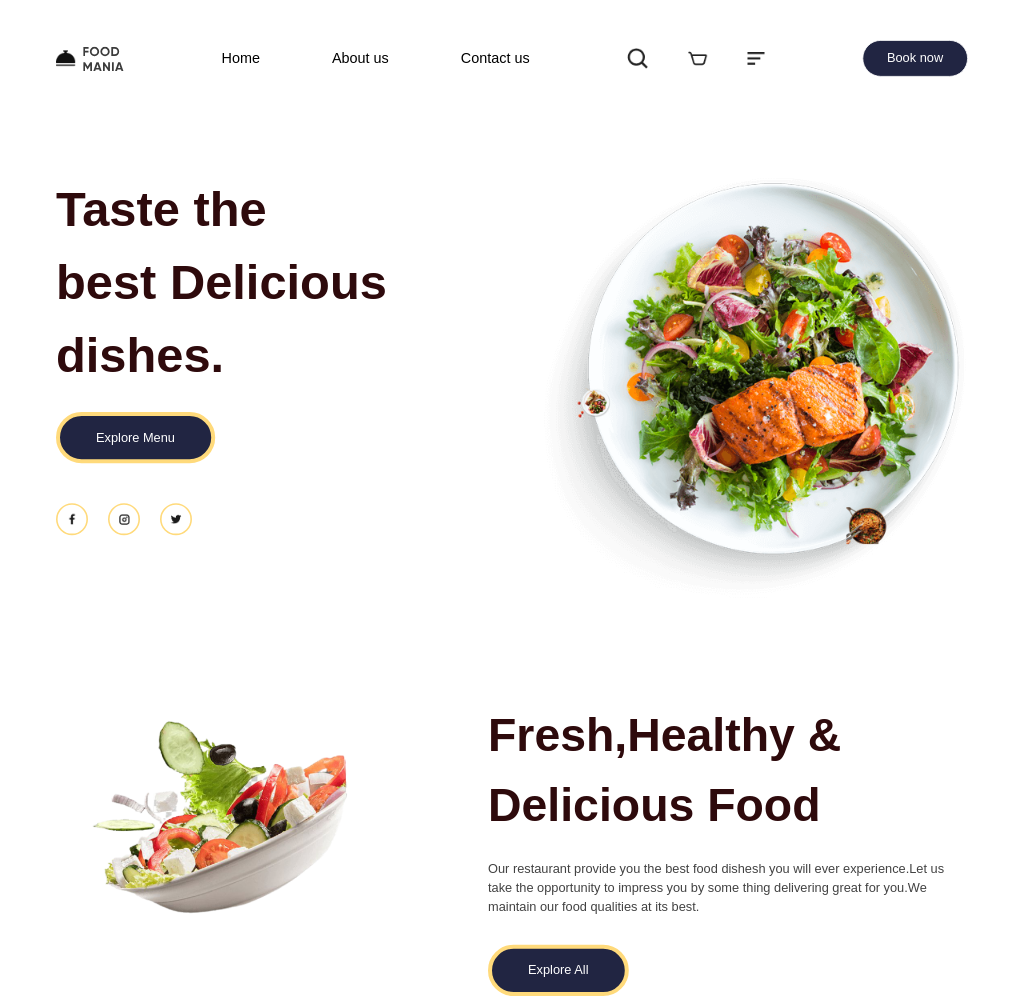
Repository: hoang0508/Figmafood
Page: index.html
The author's editor kept a copy of each file at every save. The page is drawn from the files as they stood at one save, then again after the next save.
The browser window is 1280 px wide. The pictures show the whole page, at 80% of full size.
The style sheet was rebuilt from its Sass, Less or Tailwind sources for each picture, by a compiler version that may differ from the author's.

Above is the page before, as saved 2021-11-08 10:12:39.

### index.html
<!DOCTYPE html>
<html lang="en">
  <head>
    <meta charset="UTF-8" />
    <meta http-equiv="X-UA-Compatible" content="IE=edge" />
    <meta name="viewport" content="width=device-width, initial-scale=1.0" />
    <title>LandingPage Food</title>
    <link
      rel="stylesheet"
      href="https://cdnjs.cloudflare.com/ajax/libs/font-awesome/4.7.0/css/font-awesome.min.css"
      integrity="sha512-SfTiTlX6kk+qitfevl/7LibUOeJWlt9rbyDn92a1DqWOw9vWG2MFoays0sgObmWazO5BQPiFucnnEAjpAB+/Sw=="
      crossorigin="anonymous"
      referrerpolicy="no-referrer"
    />
    <link rel="preconnect" href="https://fonts.googleapis.com" />
    <link rel="preconnect" href="https://fonts.gstatic.com" crossorigin />
    <link
      href="https://fonts.googleapis.com/css2?family=Poppins:wght@300;400;500;600;700&display=swap"
      rel="stylesheet"
    />
    <link rel="stylesheet" href="./css/app.css" />
  </head>
  <body>
    <div class="wrapper">
      <header class="header">
        <div class="container">
          <div class="header-container d-flex--between">
            <div class="header-logo d-flex--center">
              <img src="./images/logo.png" alt="" />
              <img src="./images/FOOD MANIA.svg" alt="" />
            </div>
            <ul class="header-list d-flex--center">
              <li class="header-item">
                <a href="#" class="header-link">Home</a>
              </li>
              <li class="header-item">
                <a href="#" class="header-link">About us</a>
              </li>
              <li class="header-item">
                <a href="#" class="header-link">Contact us</a>
              </li>
            </ul>
            <div class="header-icon d-flex--center">
              <a href="#" class="icon-link">
                <img src="./images/icon-search.png" alt="" />
              </a>
              <a href="#" class="icon-link">
                <img src="./images/icon-cart.png" alt="" />
              </a>
              <a href="#" class="icon-link">
                <img src="./images/icon-bars.png" alt="" />
              </a>
            </div>
            <button class="button button--primary">Book now</button>
          </div>
        </div>
      </header>
      <main>
        <section class="hero">
          <div class="container">
            <div class="hero-container d-flex--between">
              <div class="hero-content">
                <h3 class="hero-title">
                  Taste the <span>best Delicious</span> dishes.
                </h3>
                <button class="button button--primary button--secondary">
                  Explore Menu
                </button>
                <div class="hero-social d-flex--center">
                  <a href="#" class="social-icon">
                    <img src="./images/facebook.png" alt="" />
                  </a>
                  <a href="#" class="social-icon">
                    <img src="./images/instagram.png" alt="" />
                  </a>
                  <a href="#" class="social-icon">
                    <img src="./images/twitter.png" alt="" />
                  </a>
                </div>
              </div>
              <div class="hero-image">
                <div class="hero-image--big">
                  <img
                    src="./images/kisspng-hamburger-street-food-seafood-fast-food-delicious-food-5a75083cceaf41 1.png"
                    alt=""
                  />
                </div>
                <div class="hero-image--small-top">
                  <img src="./images/dlf 1.png" alt="" />
                </div>
                <div class="hero-image--small-bottom">
                  <img
                    src="./images/Pad-Thai_1-removebg-preview 1.png"
                    alt=""
                  />
                </div>
              </div>
            </div>
          </div>
        </section>
        <section class="about">
          <div class="container">
            <div class="about-container d-flex--between">
              <div class="about-image">
                <img
                  src="./images/imgbin-greek-salad-recipe-vegetarian-cuisine-everyday-super-food-salad-plate-gEMC3ig2LzciXACd5pm3EKWBe-removebg-preview 1.png"
                  alt=""
                />
              </div>
              <div class="about-content">
                <h3 class="heading-title">Fresh,Healthy & Delicious Food</h3>
                <p class="text-desc">
                  Our restaurant provide you the best food dishesh you will ever
                  experience.Let us take the opportunity to impress you by some
                  thing delivering great for you.We maintain our food qualities
                  at its best.
                </p>
                <button class="button button--primary button--secondary">
                  Explore All
                </button>
              </div>
            </div>
          </div>
        </section>
      </main>
    </div>
  </body>
</html>

### sass/app.scss
@import "variable";
@import "reset";
@import "global";
@import "typography";
@import "header";
@import "hero";
@import "about";

### sass/variable.scss
$primary-color: #212542;
$secondary-color: #2e0a0c;
$border-color: #ffda7b;
$text-color-box: #424242;
$text-color-small: #747474;

### sass/reset.scss
html {
  box-sizing: border-box;
}
* {
  margin: 0;
  padding: 0;
}
*,
*:before,
*:after {
  box-sizing: border-box;
}
input,
textarea,
select,
button {
  outline: none;
}
input {
  line-height: normal;
}
label,
button {
  cursor: pointer;
}
a {
  text-decoration: none;
}
img {
  display: block;
  max-width: 100%;
}

ul,
li {
  list-style: none;
}

### sass/global.scss
.wrapper {
  max-width: 1440px;
  margin: 0 auto;
  overflow: hidden;
}

.container {
  max-width: 1170px;
  margin: 0 auto;
  padding: 0 15px;
}

body {
  font-family: "Popins", sans-serif;
  line-height: 1;
  font-size: 16px;
}

body::-webkit-scrollbar {
  width: 7px;
}

body::-webkit-scrollbar-thumb {
  background-color: $primary-color;
  border-radius: 10px;
}

.d-flex--center {
  display: flex;
  align-items: center;
}

.d-flex--between {
  display: flex;
  justify-content: space-between;
  align-items: center;
}

.button {
  display: inline-block;
  color: #fff;
  background-color: $primary-color;
  border: 0;
  &--primary {
    font-size: 16px;
    font-weight: 500;
    line-height: calc(24 / 16);
    padding: 10px 30px;
    background: #212542;
    border: 1.5px solid #ffffff;
    border-radius: 100px;
    display: flex;
    align-items: center;
    justify-content: center;
  }
  &--secondary {
    padding: 15px 45px;
    border-width: 5px;
    border-color: $border-color;
  }
}

### sass/typography.scss
.heading-title {
  font-size: 58px;
  font-weight: 600;
  line-height: calc(87 / 58);
  color: $secondary-color;
}

.text-desc {
  font-size: 16px;
  font-weight: 500;
  line-height: calc(27 / 18);
  padding: 25px 0 35px;
  color: $text-color-box;
}

### sass/_header.scss
.header {
  margin-top: 50px;
  margin-bottom: 121px;
  &-logo {
    gap: 10px;
  }
  &-list {
    gap: 0 90px;
    font-size: 18px;
    font-weight: 500;
  }
  &-item {
    position: relative;
  }
  &-link {
    position: relative;
    color: #000000;
  }
  &-link:after {
    content: "";
    position: absolute;
    display: block;
    width: 0;
    height: 3px;
    background-color: $primary-color;
    bottom: -8px;
    border-radius: 5px;
    transition: all 0.3s linear;
  }
  &-link:hover::after {
    width: 100%;
    transition: all 0.3s linear;
  }
  &-icon {
    gap: 0 50px;
  }
}

### sass/_hero.scss
.hero {
  padding-bottom: 120px;
  &-container {
    align-items: stretch;
  }
  &-content {
    max-width: 455px;
    width: 100%;
  }
  &-title {
    font-size: 61px;
    line-height: calc(91 / 61);
    color: $secondary-color;
    font-weight: 600;
    padding-bottom: 25px;
    span {
      display: block;
    }
  }
  &-social {
    padding-top: 50px;
    gap: 0 25px;
    a.social-icon {
      width: 40px;
      height: 40px;
      border: 2px solid $border-color;
      border-radius: 100rem;
      display: flex;
      justify-content: center;
      align-items: center;
    }
  }
  &-image {
    position: relative;
  }
  &-image--big {
    position: relative;
  }
  &-image--small-top {
    position: absolute;
    left: 0;
    top: 50%;
    transform: translateX(50%);
    width: 100px;
  }
  &-image--small-bottom {
    position: absolute;
    bottom: 70px;
    right: 100px;
  }
}

### sass/_about.scss
.about {
  &-container {
    gap: 170px;
  }
  &-content {
    max-width: 600px;
    width: 100%;
  }
}

After the next save:
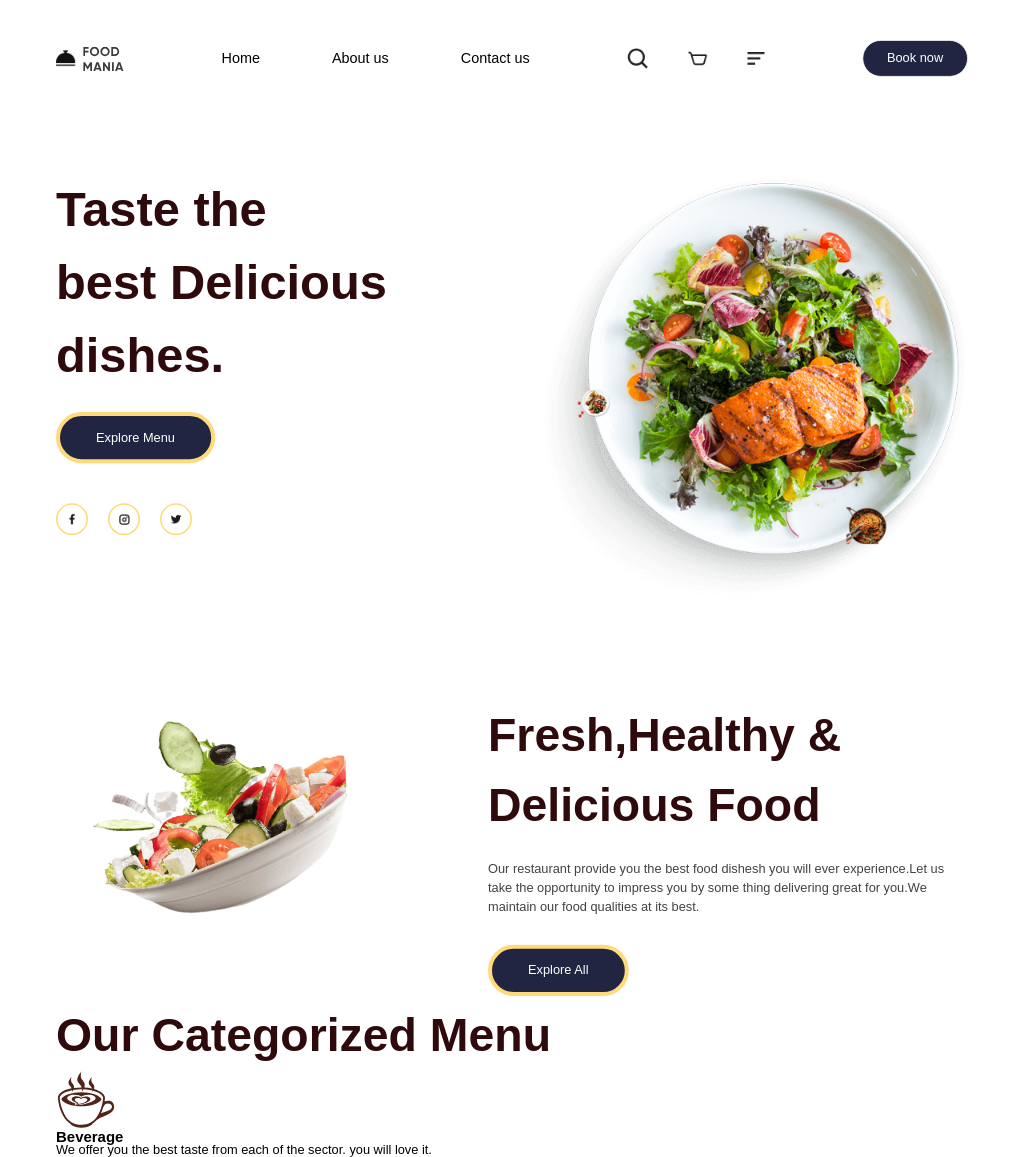
Saved 6 min 15 s later.
--- a/index.html
+++ b/index.html
@@ -122,6 +122,28 @@
             </div>
           </div>
         </section>
+        <section class="menu">
+          <div class="container">
+            <div class="menu-container">
+              <h3 class="heading-title">Our Categorized Menu</h3>
+              <div class="menu-list">
+                <div class="menu-item">
+                  <div class="menu-image">
+                    <img
+                      src="./images/emojione-monotone_hot-beverage.svg"
+                      alt=""
+                    />
+                  </div>
+                  <h3 class="menu-title">Beverage</h3>
+                  <p class="menu-desc">
+                    We offer you the best taste from each of the sector. you
+                    will love it.
+                  </p>
+                </div>
+              </div>
+            </div>
+          </div>
+        </section>
       </main>
     </div>
   </body>
